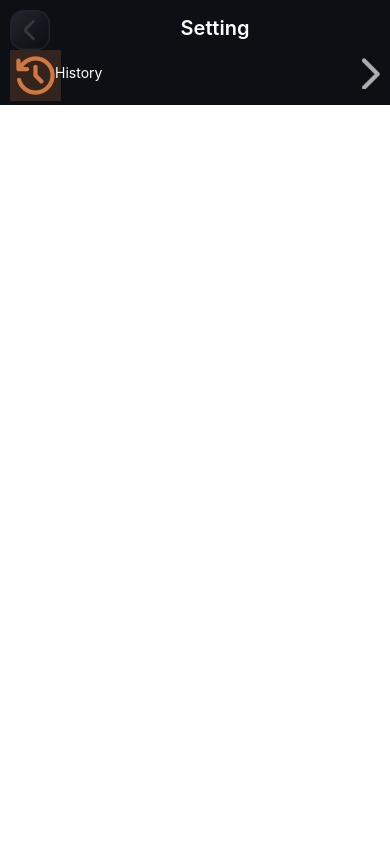
Repository: nguoilaisaochoi/App-coffe
Screen: /
An editor plug-in stored every save of this project. The screen is shown before and after a run of saves, followed by the edit.
The app was drawn by React Native's web renderer in a window 390 px wide. The project was rebuilt for these pictures with package versions that can differ from the ones it lists, and the page was loaded fresh each time.

Above is the screen before, as saved 2024-01-13 08:56:06.

### App.tsx
import { View, Text } from 'react-native'
import React from 'react'
import Login from './src/Login'
import Register from './src/Register'
import Setting from './src/Setting'
const App = () => {
  return (
    <View>
      <Setting/>
    </View>
  )
}

export default App

### src/Setting.js
import {View, Text, StyleSheet, Image} from 'react-native';
import React from 'react';

const Setting = () => {
  return (
    <View style={mystyle.body}>
      <View style={mystyle.task}>
        <Image
          style={mystyle.arrowleft}
          source={require('../assets/img/arrowleft.png')}
        />
        <Text style={mystyle.textsetting}>Setting</Text>
      </View>
      <View style={mystyle.setting}>
        <View style={mystyle.bgicon}>
          <Image
            style={mystyle.icon}
            source={require('../assets/img/clock.png')}
          />
        </View>
        <Text style={mystyle.text}>History</Text>
        <Image
          style={mystyle.arrowright}
          source={require('../assets/img/Arrow_right.jpg')}
        />
      </View>
    </View>
  );
};

export default Setting;
const mystyle = StyleSheet.create({
  body: {
    width: '100%',
    height: '100%',
    padding: 10,
    backgroundColor: '#0C0F14',
  },
  task: {
    width: '100%',
    display: 'flex',
    flexDirection: 'row',
  },
  arrowleft: {
    width: 40,
    height: 40,
  },
  textsetting: {
    color: 'white',
    marginLeft: 'auto',
    marginRight: 'auto',
    fontSize: 20,
    fontStyle: 'normal',
    fontWeight: '600',
    lineHeight: 36,
  },
  setting: {
    display: 'flex',
    flexDirection: 'row',
    alignItems:'center',
  },
  text: {
    color: 'white',
  },
  bgicon: {
    width: 45,
    height: 45,
    borderRadius:50,
    backgroundColor: 'rgba(209, 120, 66, 0.20)',
  },
  arrowright:{
    width:18,
    height:32,
    marginLeft:'auto',
  }
});

After the next 4 saves:
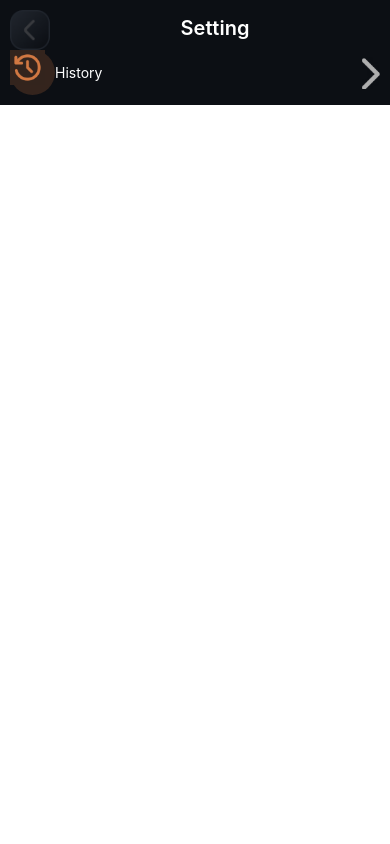
The 4 saves are shown as one change because 1 did not build or start and some came seconds apart.
The last was saved 18 s later.
--- a/src/Setting.js
+++ b/src/Setting.js
@@ -68,6 +68,10 @@ const mystyle = StyleSheet.create({
     borderRadius:50,
     backgroundColor: 'rgba(209, 120, 66, 0.20)',
   },
+  icon:{
+    width:35,
+    height:35,
+  },
   arrowright:{
     width:18,
     height:32,
